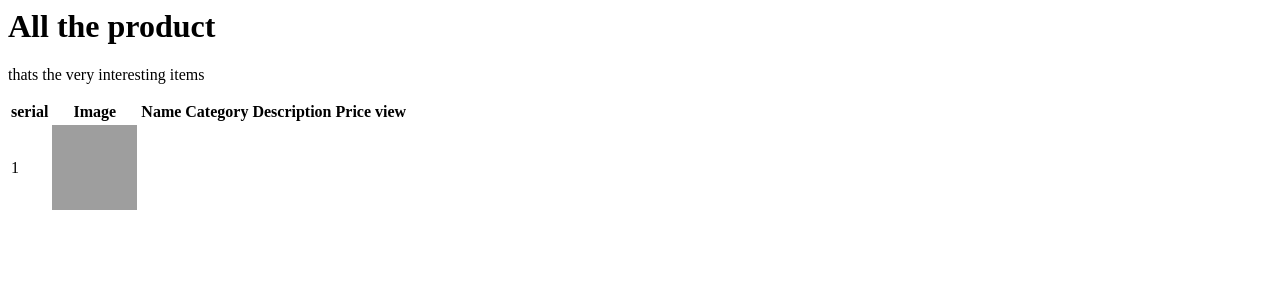
Repository: sanjeevkdp/workspace
Page: http://localhost/WebProject/WEB-INF/views/product.jsp
The author's editor kept a copy of each file at every save. The page is drawn from the files as they stood at one save, then again after the next save.
The browser window is 1280 px wide. The pictures show the whole page.
Pictures or frames that could not be fetched are drawn as grey boxes. The page is served by Tomcat 9. Nobody is signed in. The template is opened directly, without the code that normally fills it, so the values that code supplies are empty.

Above is the page before, as saved 2016-08-20 06:14:26.

After the next save:
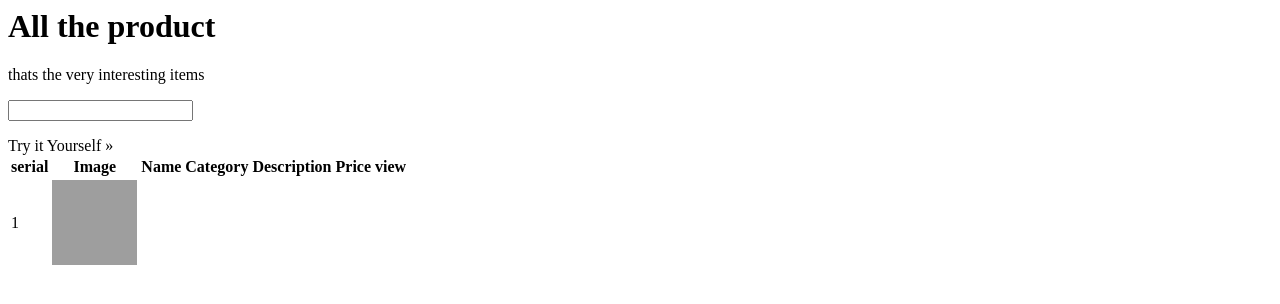
Saved 31 min 2 s later.
--- a/workspace/org.eclipse.wst.server.core/tmp0/wtpwebapps/WebProjectFrontEnd/META-INF/maven/com.niit/WebProject/src/main/webapp/WEB-INF/views/product.jsp
+++ b/workspace/org.eclipse.wst.server.core/tmp0/wtpwebapps/WebProjectFrontEnd/META-INF/maven/com.niit/WebProject/src/main/webapp/WEB-INF/views/product.jsp
@@ -4,11 +4,18 @@
 <div id="content" class="bottom-border-shadow">
 	<div class="container background-white bottom-border">
 		<div class="row margin-vert-30">
+
+
 			<%
 				int i = 1;
 			%>
 			<h1>All the product</h1>
 			<p class="lead">thats the very interesting items</p>
+			<form>
+              <input type="search" name="">
+               </form>
+Try it Yourself »
+
 			<table class="table table-striped table-hover">
 				<thead>
 					<tr class="bg-success">
